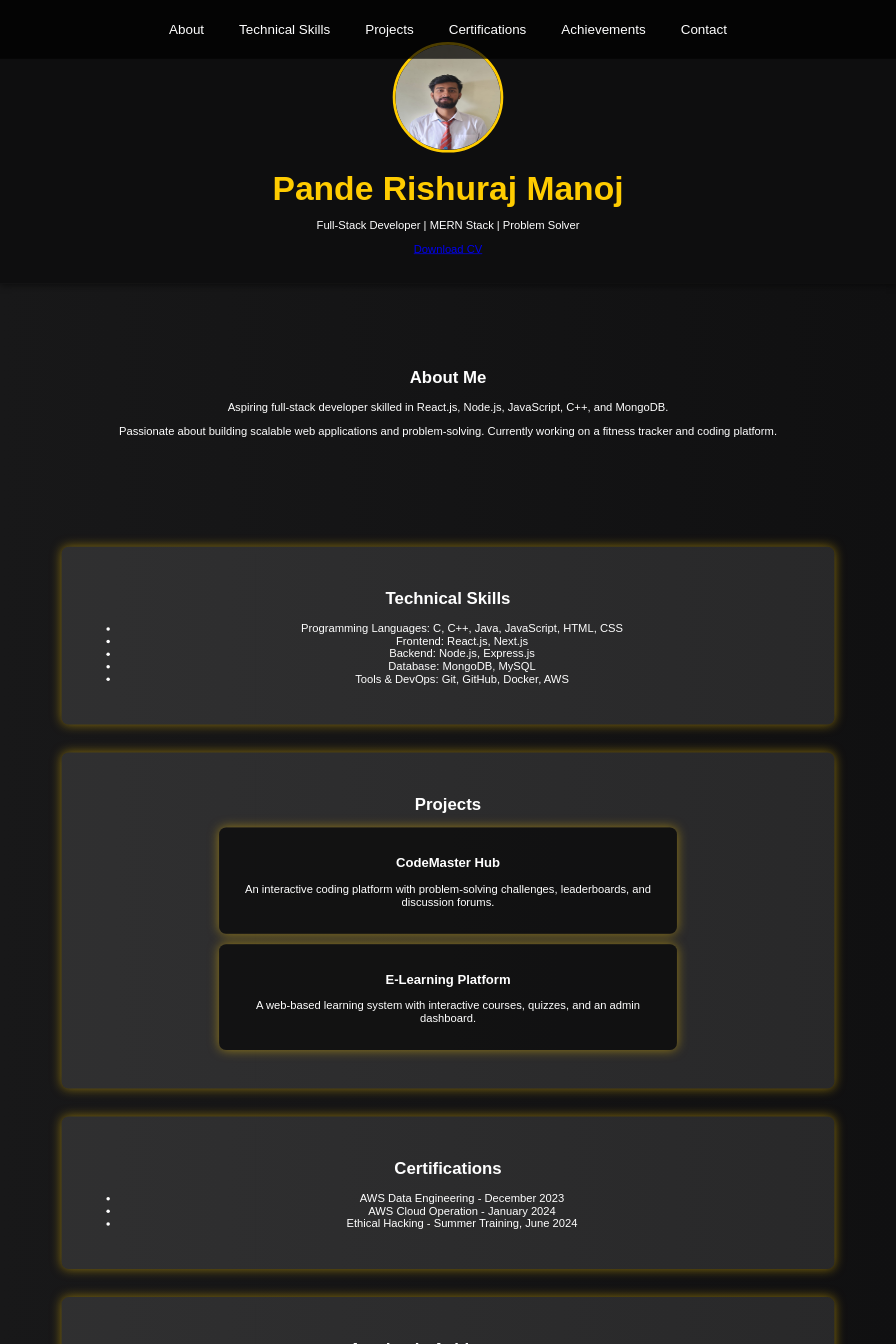
Repository: Rishuraj-Pandey/portfolio
Page: index.html
An editor plug-in stored every save of this project. The page is shown before and after the next save, followed by the edit.
The browser window is 1280 px wide. The pictures show the part of the page from y = 0 to 1920 px (the page is 2809 px tall before and 2838 px after), at 70% of full size.

Above is the page before, as saved 2025-03-22 01:23:09.

### index.html
<!DOCTYPE html>
<html lang="en">
<head>
    <meta charset="UTF-8">
    <meta name="viewport" content="width=device-width, initial-scale=1.0">
    <title>Pande Rishuraj Manoj - Portfolio</title>
    <link rel="stylesheet" href="style.css">
</head>
<body>
    <header>
        <img src="profile.jpg.jpg" alt="Profile Picture" class="profile-pic">
        <h1>Pande Rishuraj Manoj</h1>
        <p>Full-Stack Developer | MERN Stack | Problem Solver</p>
        <a href="resume.pdf" download class="download-cv">Download CV</a>
    </header>

    <nav>
        <ul>
            <li><a href="#about">About</a></li>
            <li><a href="#tech">Technical Skills</a></li>
            <li><a href="#projects">Projects</a></li>
            <li><a href="#certifications">Certifications</a></li>
            <li><a href="#achievements">Achievements</a></li>
            <li><a href="#contact">Contact</a></li>
        </ul>
    </nav>

    <section class="about" id="about">
        <h2>About Me</h2>
        <p>Aspiring full-stack developer skilled in React.js, Node.js, JavaScript, C++, and MongoDB.</p>
        <p>Passionate about building scalable web applications and problem-solving. Currently working on a fitness tracker and coding platform.</p>
    </section>

    <section class="tech" id="tech">
        <h2>Technical Skills</h2>
        <ul>
            <li>Programming Languages: C, C++, Java, JavaScript, HTML, CSS</li>
            <li>Frontend: React.js, Next.js</li>
            <li>Backend: Node.js, Express.js</li>
            <li>Database: MongoDB, MySQL</li>
            <li>Tools & DevOps: Git, GitHub, Docker, AWS</li>
        </ul>
    </section>

    <section class="projects" id="projects">
        <h2>Projects</h2>
        <div class="project-card">
            <h3>CodeMaster Hub</h3>
            <p>An interactive coding platform with problem-solving challenges, leaderboards, and discussion forums.</p>
        </div>
        <div class="project-card">
            <h3>E-Learning Platform</h3>
            <p>A web-based learning system with interactive courses, quizzes, and an admin dashboard.</p>
        </div>
    </section>

    <section class="certifications" id="certifications">
        <h2>Certifications</h2>
        <ul>
            <li>AWS Data Engineering - December 2023</li>
            <li>AWS Cloud Operation - January 2024</li>
            <li>Ethical Hacking - Summer Training, June 2024</li>
        </ul>
    </section>

    <section class="achievements" id="achievements">
        <h2>Academic Achievements</h2>
        <ul>
            <li>Secured 5-Star Badge in C++ & Problem-Solving on HackerRank</li>
            <li>Ranked 6th in National Science Day Coding Competition (200+ participants)</li>
        </ul>
    </section>

    <section class="experience" id="experience">
        <h2>Work & Internship Experience</h2>
        <p>Currently working on full-stack development projects and open-source contributions.</p>
        <p>Previously completed a summer internship in Ethical Hacking.</p>
    </section>

    <section class="contact" id="contact">
        <h2>Contact</h2>
        <p>Email: <a href="mailto:rishurajpande@gmail.com">rishurajpande@gmail.com</a></p>
        <p>LinkedIn: <a href="https://www.linkedin.com/in/rishuraj-pandey-08a9012b0/" target="_blank">linkedin.com/in/rishuraj-pandey</a></p>
        <p>GitHub: <a href="https://github.com/rishurajpande" target="_blank">github.com/rishurajpande</a></p>
    </section>

    <footer>
        <p>&copy; 2025 Pande Rishuraj Manoj. All Rights Reserved.</p>
    </footer>
</body>
</html>

### style.css
body {
    font-family: 'Poppins', sans-serif;
    margin: 0;
    padding: 0;
    background: linear-gradient(to right, #181819, #101011);
    color: white;
    text-align: center;
    scroll-behavior: smooth;
}

header {
    background: rgba(14, 14, 15, 0.9);
    padding: 40px 20px;
    box-shadow: 0px 4px 10px rgba(0, 0, 0, 0.5);
}

h1 {
    margin: 0;
    font-size: 3em;
    color: #ffcc00;
}

.profile-pic {
    width: 150px;
    height: 150px;
    border-radius: 50%;
    margin: 20px 0;
    border: 4px solid #ffcc00;
}

nav {
    background: rgba(0, 0, 0, 0.7);
    position: fixed;
    top: 0;
    width: 100%;
    padding: 15px 0;
    z-index: 1000;
    transition: all 0.3s;
}

nav ul {
    list-style: none;
    padding: 0;
    display: flex;
    justify-content: center;
    gap: 20px;
}

nav ul li {
    display: inline;
}

nav ul li a {
    color: white;
    text-decoration: none;
    padding: 10px 15px;
    font-size: 1.2em;
    transition: color 0.3s, transform 0.2s;
}

nav ul li a:hover {
    color: #ffcc00;
    transform: scale(1.1);
}

section {
    padding: 100px 20px;
}

.tech, .certifications, .achievements, .projects, .experience {
    background: rgba(255, 255, 255, 0.1);
    padding: 40px;
    border-radius: 10px;
    margin: 40px auto;
    width: 80%;
    box-shadow: 0px 0px 15px rgba(255, 204, 0, 0.5);
    animation: fadeIn 1.2s ease-in-out;
}

.project-card {
    background-color: rgba(0, 0, 0, 0.6);
    padding: 20px;
    margin: 15px auto;
    width: 60%;
    border-radius: 10px;
    box-shadow: 0px 0px 15px rgba(255, 204, 0, 0.5);
    transition: transform 0.3s, box-shadow 0.3s;
}

.project-card:hover {
    transform: scale(1.05);
    box-shadow: 0px 0px 25px rgba(255, 204, 0, 0.8);
}

.contact a {
    color: #ffcc00;
    text-decoration: none;
    font-weight: bold;
}

.contact a:hover {
    text-decoration: underline;
    color: #ff6600;
}

footer {
    background: rgba(0, 0, 0, 0.8);
    padding: 20px;
    font-size: 1em;
}

@keyframes fadeIn {
    from { opacity: 0; }
    to { opacity: 1; }
}

@media (max-width: 768px) {
    nav ul {
        flex-direction: column;
        text-align: center;
    }
    .project-card, .tech, .certifications, .achievements, .experience {
        width: 90%;
    }
}

After the next save:
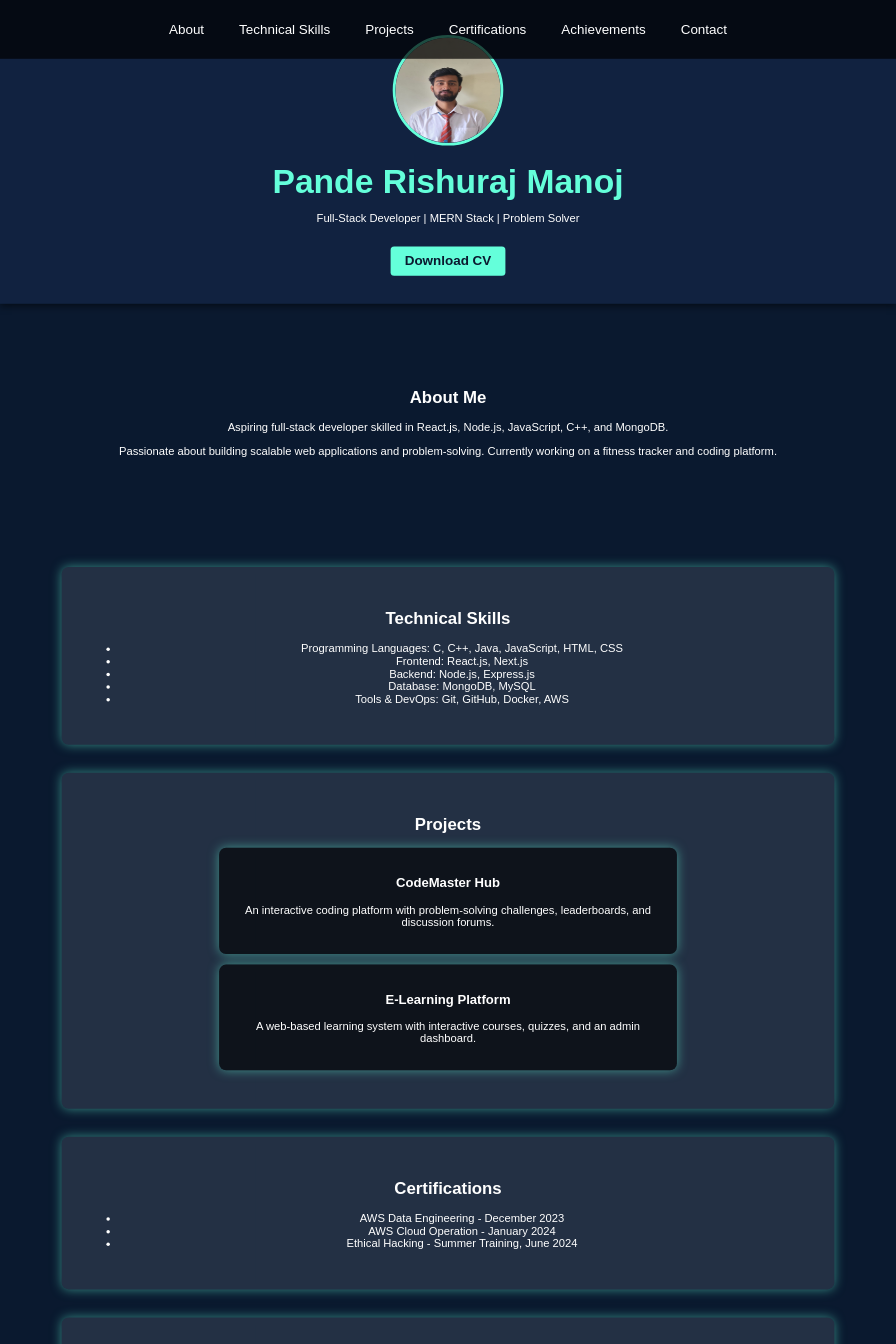
Saved 18 s later.
--- a/style.css
+++ b/style.css
@@ -2,30 +2,48 @@ body {
     font-family: 'Poppins', sans-serif;
     margin: 0;
     padding: 0;
-    background: linear-gradient(to right, #181819, #101011);
+    background: #0a192f;
     color: white;
     text-align: center;
     scroll-behavior: smooth;
 }
 
 header {
-    background: rgba(14, 14, 15, 0.9);
+    background: #112240;
     padding: 40px 20px;
     box-shadow: 0px 4px 10px rgba(0, 0, 0, 0.5);
+    position: relative;
 }
 
 h1 {
-    margin: 0;
+    margin: 10px 0;
     font-size: 3em;
-    color: #ffcc00;
+    color: #64ffda;
 }
 
 .profile-pic {
     width: 150px;
     height: 150px;
     border-radius: 50%;
-    margin: 20px 0;
-    border: 4px solid #ffcc00;
+    margin: 10px 0;
+    border: 4px solid #64ffda;
+}
+
+.download-cv {
+    display: inline-block;
+    margin-top: 15px;
+    padding: 10px 20px;
+    font-size: 1.2em;
+    color: #0a192f;
+    background: #64ffda;
+    border-radius: 5px;
+    text-decoration: none;
+    font-weight: bold;
+    transition: background 0.3s ease-in-out;
+}
+
+.download-cv:hover {
+    background: #52e0c4;
 }
 
 nav {
@@ -59,7 +77,7 @@ nav ul li a {
 }
 
 nav ul li a:hover {
-    color: #ffcc00;
+    color: #64ffda;
     transform: scale(1.1);
 }
 
@@ -73,7 +91,7 @@ section {
     border-radius: 10px;
     margin: 40px auto;
     width: 80%;
-    box-shadow: 0px 0px 15px rgba(255, 204, 0, 0.5);
+    box-shadow: 0px 0px 15px rgba(100, 255, 218, 0.5);
     animation: fadeIn 1.2s ease-in-out;
 }
 
@@ -83,17 +101,17 @@ section {
     margin: 15px auto;
     width: 60%;
     border-radius: 10px;
-    box-shadow: 0px 0px 15px rgba(255, 204, 0, 0.5);
+    box-shadow: 0px 0px 15px rgba(100, 255, 218, 0.5);
     transition: transform 0.3s, box-shadow 0.3s;
 }
 
 .project-card:hover {
     transform: scale(1.05);
-    box-shadow: 0px 0px 25px rgba(255, 204, 0, 0.8);
+    box-shadow: 0px 0px 25px rgba(100, 255, 218, 0.8);
 }
 
 .contact a {
-    color: #ffcc00;
+    color: #64ffda;
     text-decoration: none;
     font-weight: bold;
 }
